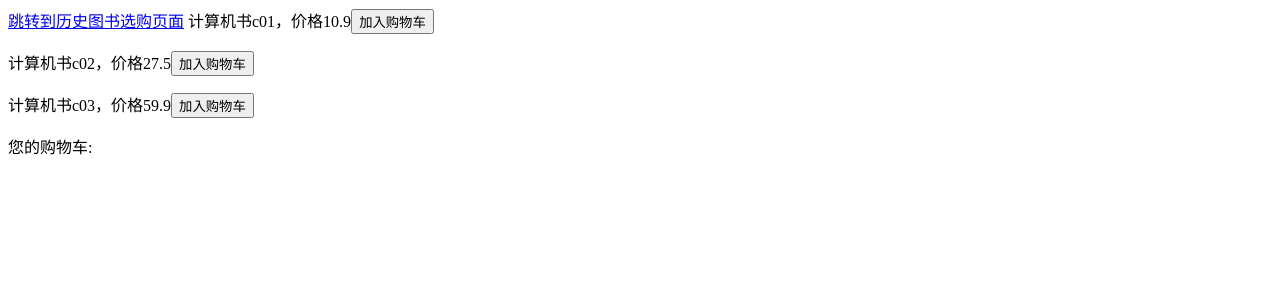
Repository: Matty-GCU/MyEclipse
Page: http://localhost/JavaWeb/chapter08_JSP_built_in_Object_2/homework/8.99.1hw1_book_CS.jsp
The author's editor kept a copy of each file at every save. The page is drawn from the files as they stood at one save, then again after the next save.
The browser window is 1280 px wide. The pictures show the whole page.
The page is served by Tomcat 9.

Above is the page before, as saved 2021-10-27 16:42:10.

After the next save:
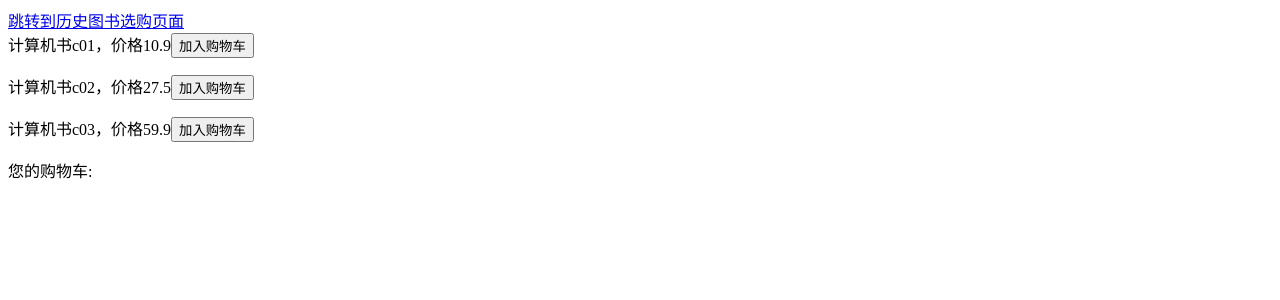
Saved 16 s later.
--- a/JavaWeb/WebRoot/chapter08_JSP_built_in_Object_2/homework/8.99.1hw1_book_CS.jsp
+++ b/JavaWeb/WebRoot/chapter08_JSP_built_in_Object_2/homework/8.99.1hw1_book_CS.jsp
@@ -22,7 +22,7 @@
 				books.add(book_id);
 			}
 		%>
-		<a href="8.99.1hw1_book_history.jsp">跳转到历史图书选购页面</a>
+		<a href="8.99.1hw1_book_history.jsp">跳转到历史图书选购页面</a><br>
 		计算机书c01，价格10.9<form action="#" method="post"><input name="book_id" type="hidden" value="c01"><input type="submit" value="加入购物车"></form><br>
 		计算机书c02，价格27.5<form action="#" method="post"><input name="book_id" type="hidden" value="c02"><input type="submit" value="加入购物车"></form><br>
 		计算机书c03，价格59.9<form action="#" method="post"><input name="book_id" type="hidden" value="c03"><input type="submit" value="加入购物车"></form><br>
